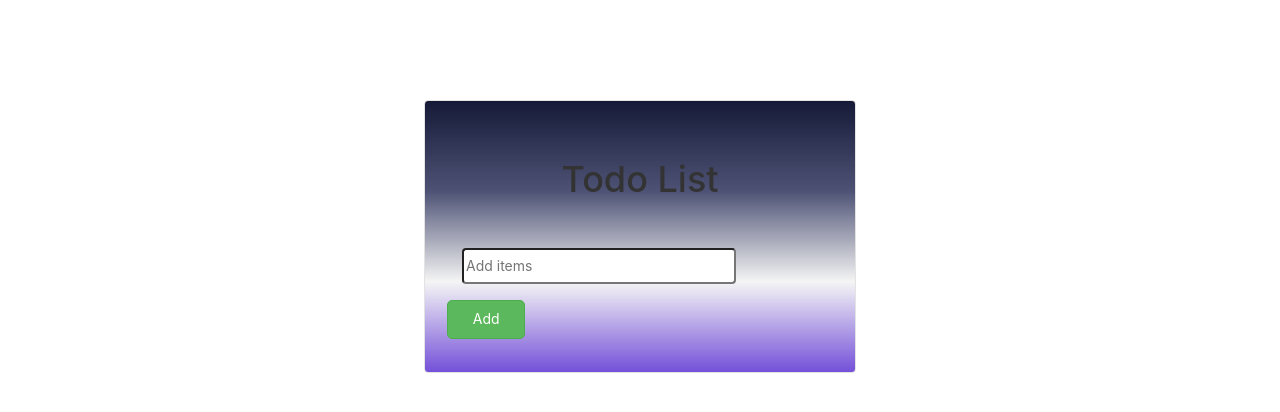
Repository: arpana23/Todo-list
Page: /
An editor plug-in stored every save of this project. The page is shown before and after the next save, followed by the edit.
The browser window is 1280 px wide. The pictures show the whole page.
Some web libraries are served in a nearby version. The project was rebuilt for these pictures with package versions that can differ from the ones it lists, and the page was loaded fresh each time. Also part of the build but not shown: src/Todolist.js.

Above is the page before, as saved 2021-04-15 17:37:47.

### public/index.html
<!DOCTYPE html>
<html lang="en">
  <head>
    <meta charset="utf-8" />
    <link rel="icon" href="%PUBLIC_URL%/favicon.ico" />
    <meta name="viewport" content="width=device-width, initial-scale=1" />
    <meta name="theme-color" content="#000000" />
    <meta
      name="description"
      content="Web site created using create-react-app"
    />
    <link rel="apple-touch-icon" href="%PUBLIC_URL%/logo192.png" />
    <!--
      manifest.json provides metadata used when your web app is installed on a
      user's mobile device or desktop. See https://developers.google.com/web/fundamentals/web-app-manifest/
    -->
    <script src="https://kit.fontawesome.com/94ade1d1ca.js" crossorigin="anonymous"></script>
    <link rel="manifest" href="%PUBLIC_URL%/manifest.json" />
    <!-- Latest compiled and minified CSS -->
    <link rel="stylesheet" href="https://maxcdn.bootstrapcdn.com/bootstrap/3.4.1/css/bootstrap.min.css">

    <!-- jQuery library -->
    <script src="https://ajax.googleapis.com/ajax/libs/jquery/3.5.1/jquery.min.js"></script>

    <!-- Latest compiled JavaScript -->
    <script src="https://maxcdn.bootstrapcdn.com/bootstrap/3.4.1/js/bootstrap.min.js"></script>
    <!--
      Notice the use of %PUBLIC_URL% in the tags above.
      It will be replaced with the URL of the `public` folder during the build.
      Only files inside the `public` folder can be referenced from the HTML.

      Unlike "/favicon.ico" or "favicon.ico", "%PUBLIC_URL%/favicon.ico" will
      work correctly both with client-side routing and a non-root public URL.
      Learn how to configure a non-root public URL by running `npm run build`.
    -->
    <title>React App</title>
  </head>
  <body>
    <noscript>You need to enable JavaScript to run this app.</noscript>
    <div id="root"></div>
    <!--
      This HTML file is a template.
      If you open it directly in the browser, you will see an empty page.

      You can add webfonts, meta tags, or analytics to this file.
      The build step will place the bundled scripts into the <body> tag.

      To begin the development, run `npm start` or `yarn start`.
      To create a production bundle, use `npm run build` or `yarn build`.
    -->
  </body>
</html>

### src/App.js
import React, { useState } from 'react';
import Todolist from './Todolist';
import './App.css';

const App = () => {


  const [inputItem , setInputItem] = useState("");
  const [itemList , setItemList] = useState([]);

  const handleChange = (e) => {
    setInputItem(e.target.value);
  }

  const addItems = (e) => {
    e.preventDefault();
    setItemList((olditems) => {
      return [...olditems, inputItem];
    });
    setInputItem("");
  }

  const updateItem = (id) => {
    let item =  itemList.map((olditems,index,data) => {
      if(index === id) {
        setInputItem(data.splice(index,1));
        olditems = !olditems;
      }
      return [olditems];
      }
    )
    return item;
  }

  const deleteItem = (id) => {
    setItemList((olditems) => {
      return olditems.filter((arrElement,index) => {
        return index !== id;
        // if(index !== id) {
        //   return [...arrElement];
        // }
      })
    })
  }


 return (
  <>
    <div className="main-container">
      <div className="flex-container">
        <div className="well">
          <br />
            <h1 className="title text-center">Todo List</h1>
          <br />
          <div>
            <input type="text" className="addInput" max="10" min="1" placeholder="Add items" value={inputItem} onChange={handleChange}/>
            <button type="submit" className={`btn text-center ${setInputItem !== '' ? 'btn-success' : 'btn-success text-blur'}`}   onClick={addItems}> Add </button>
            <ul className="list-group">
              {
                itemList.map((data,index) => {
                  return <Todolist
                  key= {index}
                  id= {index}
                  list= {data}
                  onEdit= {updateItem}
                  onSelect= {deleteItem}
                  />
                })
              }
            </ul>
          </div>
        </div>
      </div>
    </div>

  </>
 )
}

export default App;

### src/App.css
.App {
  text-align: center;
}

.main-container {
  display: flex;
  flex-direction: column;
  justify-content: center;
}

.flex-container {
  display: flex;
  flex-direction: column;
  align-items: center;
  margin: 100px;
}

.well {
  background-image: linear-gradient(rgb(22, 26, 56),rgba(7, 14, 63,0.7),rgba(64, 10,127,0),rgba(61, 10, 204,0.7));
  width: 40%;
}

.addInput {
  margin: 18px;
  width: 70%;
  height: 5vh;
  border-radius: 4px;

  /* margin-left: 4px; */
}

.btn {
  margin: 3px;
  width: 20%;
  height: 5.5vh;
  border-radius: 5px;
  margin-top: -2px;
}

.list-group {
  margin: 11px;
}

.mylist {
  /* border: 1px solid black; */
  margin-top: 10px;
  margin-bottom: 10px;
  text-align: justify;
  /* border-radius: 7px; */
}

.list-group-item {
  word-wrap: break-word;
}

.my-text {
  margin-right: 3px;
  word-wrap: break-word;
}

.ed-del {
  display: flex;
  flex-direction: row;
  margin-top: -20px;
  justify-content: flex-end;
  align-items: center;
  /* position: relative;
  right: 0px; */
}

.fas {
  font-size: 20px;
  margin: 3px;
  display: flex;
  flex-direction: row;
  /* margin: 7px; */
  align-items: center;
}

Loaded but not shown: src/index.js (common file); src/index.css (common file); src/reportWebVitals.js (common file)

After the next save:
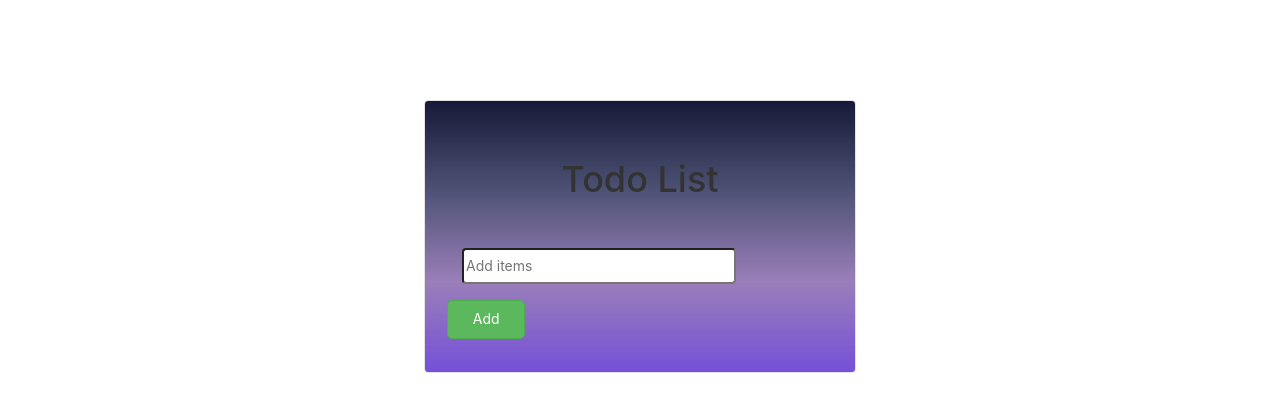
Saved 36 s later.
--- a/src/App.css
+++ b/src/App.css
@@ -16,7 +16,7 @@
 }
 
 .well {
-  background-image: linear-gradient(rgb(22, 26, 56),rgba(7, 14, 63,0.7),rgba(64, 10,127,0),rgba(61, 10, 204,0.7));
+  background-image: linear-gradient(rgb(22, 26, 56),rgba(7, 14, 63,0.7),rgba(64, 10,127,0.5),rgba(61, 10, 204,0.7));
   width: 40%;
 }
 
